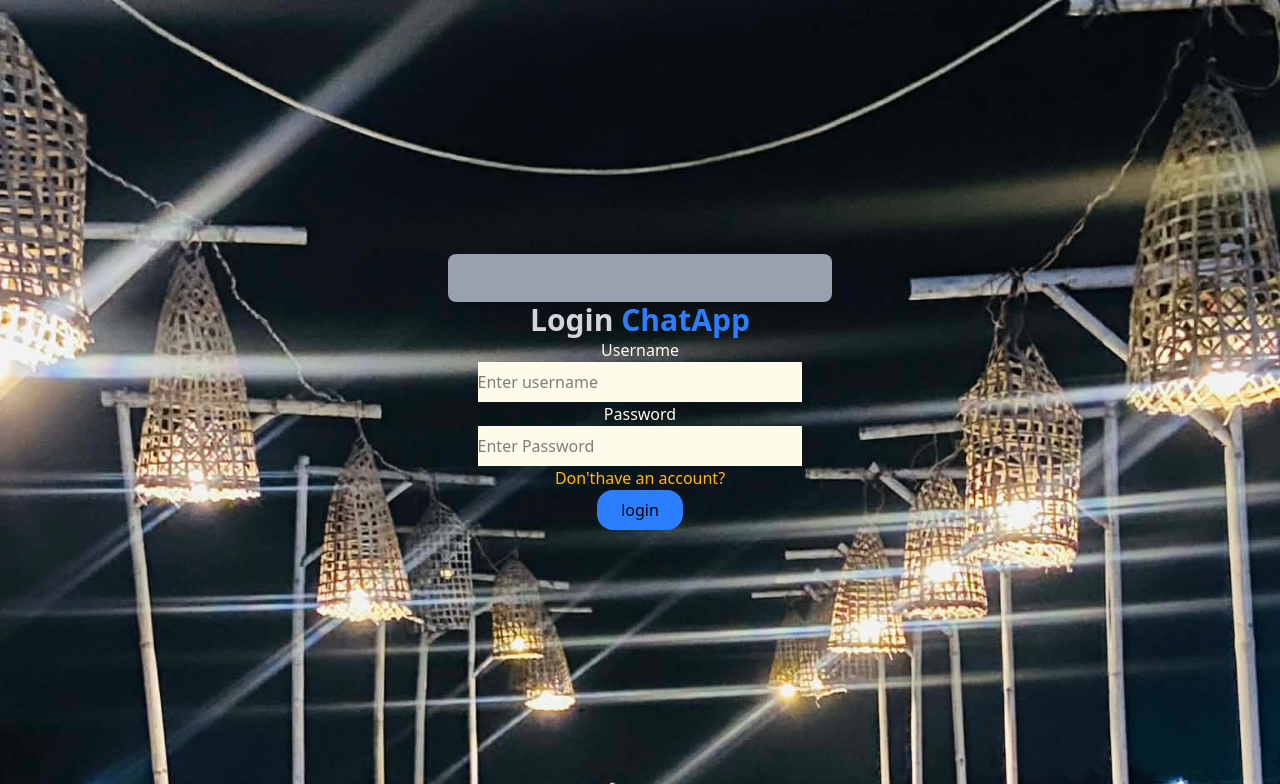
Repository: ridhukhan/chatapp
Page: / (app in frontend/)
The author's editor kept a copy of each file at every save. The page is drawn from the files as they stood at one save, then again after the next save.
The browser window is 1280 px wide. The pictures show the whole page.
Backgrounds fixed to the window are drawn as part of the page. The project was rebuilt for these pictures with package versions that can differ from the ones it lists, and the page was loaded fresh each time. Also part of the build but not shown: frontend/vite.config.js.

Above is the page before, as saved 2025-12-25 13:03:45.

After the next save:
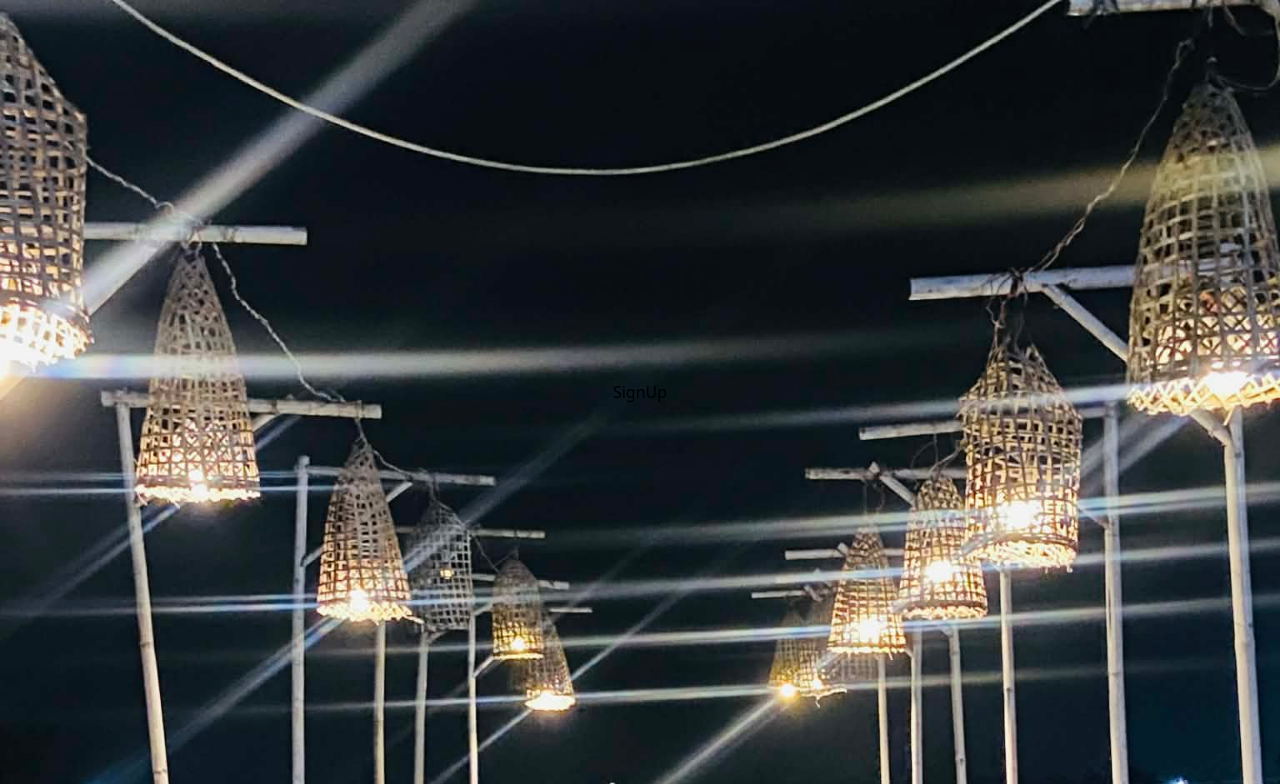
Saved 3 min 33 s later.
--- a/frontend/src/App.jsx
+++ b/frontend/src/App.jsx
@@ -1,12 +1,13 @@
 
 import './App.css'
 import Login from './Pages/login/Login'
+import SignUp from './Pages/signup/SignUp'
 
 function App() {
 
   return (
     <div className='p-4 h-screen flex items-center justify-center'>
-     <Login/>
+     <SignUp/>
     </div>
   )
 }
